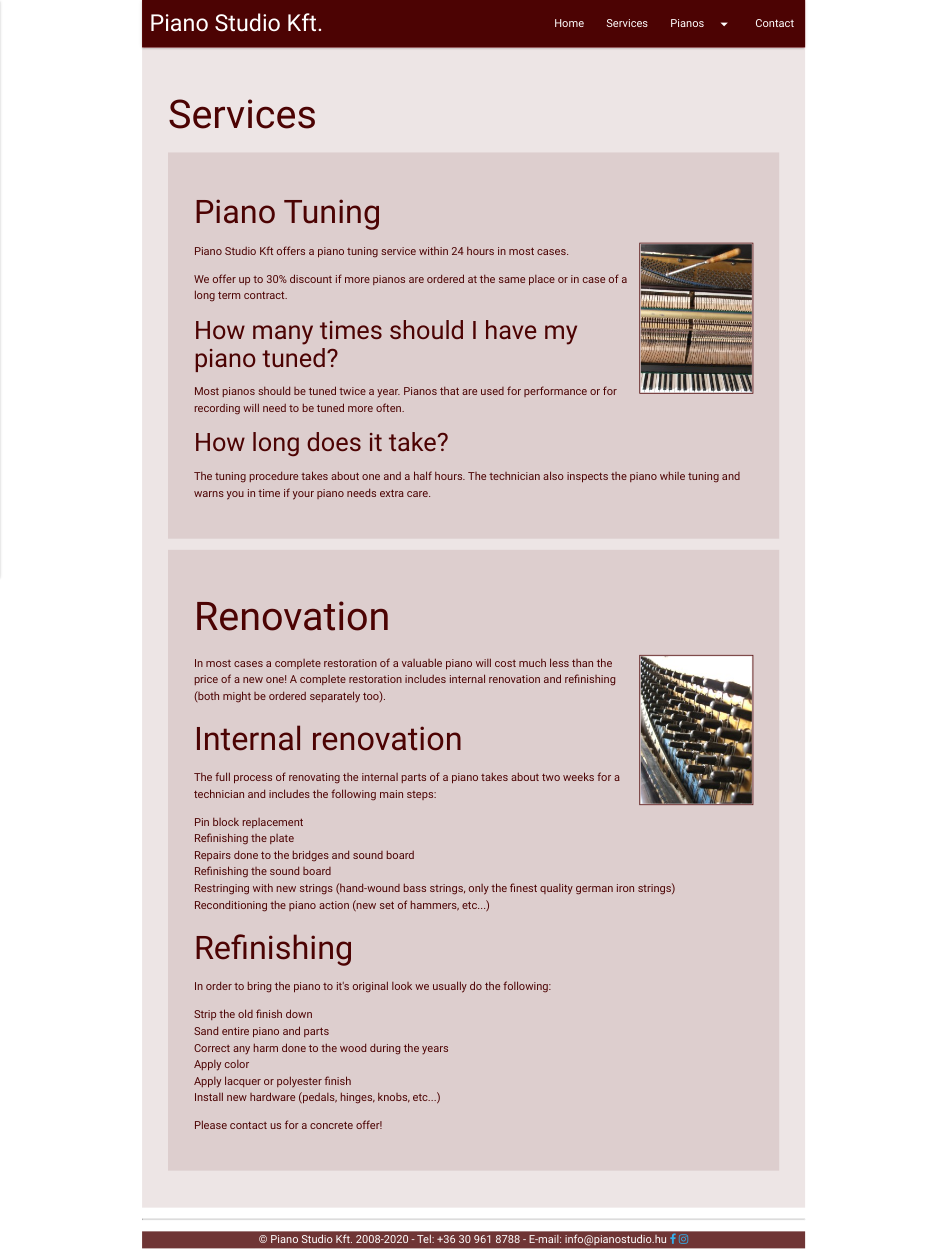
Repository: badiattila/pianostudioheroku
Page: http://localhost/services
The author's editor kept a record of every edit. The page is drawn from the files as they stood at one moment, then again after the next edit.
The browser window is 1280 px wide. The pictures show the whole page, at 74% of full size.
Some web libraries are served in a nearby version. The page is served by the project's application, run on Flask 3 (app.py).

Above is the page before.

### templates/services.html
{% extends 'base.html' %} {% block content %}

<!-- Services -->
<div class="op" id="services">
    <h2>Services</h2>
    <p></p>

    <div>
        <div class="op" id="tuning">
            <h3>Piano Tuning</h3>
            <img class="right-teaser" src="{{url_for('static', filename='pictures/hangolas.jpg')}}" alt="Piano Tuning" />
            <p>Piano Studio Kft offers a piano tuning service within 24 hours in most cases.</p>

            <p>We offer up to 30% discount if more pianos are ordered at the same place or in case of a long term contract.</p>

            <h4>How many times should I have my piano tuned?</h4>
            <p>Most pianos should be tuned twice a year. Pianos that are used for performance or for recording will need to be tuned more often.</p>

            <h4>How long does it take?</h4>
            <p>The tuning procedure takes about one and a half hours. The technician also inspects the piano while tuning and warns you in time if your piano needs extra care.</p>
        </div>
        <div class="op" id="renovation">
            <h2>Renovation</h2>
            <img class="right-teaser" src="{{url_for('static', filename='pictures/pins.jpg')}}" alt="Piano Pins" />
            <p>In most cases a complete restoration of a valuable piano will cost much less than the price of a new one! A complete restoration includes internal renovation and refinishing (both might be ordered separately too).</p>

            <h3>Internal renovation</h3>
            <p>The full process of renovating the internal parts of a piano takes about two weeks for a technician and includes the following main steps:</p>
            <ul>
                <li>Pin block replacement</li>
                <li>Refinishing the plate</li>
                <li>Repairs done to the bridges and sound board</li>
                <li>Refinishing the sound board</li>
                <li>Restringing with new strings (hand-wound bass strings, only the finest quality german iron strings)</li>
                <li>Reconditioning the piano action (new set of hammers, etc...)</li>
            </ul>
            <h3>Refinishing</h3>
            <p>In order to bring the piano to it's original look we usually do the following:</p>
            <ul>
                <li>Strip the old finish down</li>
                <li>Sand entire piano and parts</li>
                <li>Correct any harm done to the wood during the years</li>
                <li>Apply color</li>
                <li>Apply lacquer or polyester finish</li>
                <li>Install new hardware (pedals, hinges, knobs, etc...)</li>
            </ul>
            <p>Please contact us for a concrete offer!</p>
        </div>
    </div>
</div>
<hr> {% endblock %}

### templates/base.html
<!DOCTYPE html>

<html lang="en">

<head>

    <!-- Meta tags -->
    <meta charset="utf-8">
    <!-- Font awsome -->
    <link rel="stylesheet" href="https://maxcdn.bootstrapcdn.com/font-awesome/4.7.0/css/font-awesome.min.css" type="text/css" />
    <!-- Hover -->
    <link rel="stylesheet" href="https://cdnjs.cloudflare.com/ajax/libs/hover.css/2.1.1/css/hover-min.css" type="text/css" />
    <!-- Material icons by Google -->
    <link href="https://fonts.googleapis.com/icon?family=Material+Icons" rel="stylesheet">
    <!-- Compiled and minified materialize CSS -->
    <link rel="stylesheet" href="https://cdnjs.cloudflare.com/ajax/libs/materialize/0.100.2/css/materialize.min.css">
    <!-- Specific Css for this website -->
    <link rel="stylesheet" href="{{url_for('static', filename='css/style.css')}}" type="text/css" />

    <title>Piano Studio Kft. - Services - </title>
    <link href="{{url_for('static', filename='pictures/favicon.ico')}}" rel="shortcut icon" type="image/x-icon" />
    <meta name="description" content="Piano rental, tuning and repair - Piano Studio Kft." />
    <meta name="keywords" content="Piano rental,piano tuning,piano repair,piano studio" />
    <meta name="copyright" content="Piano Studio Kft." />
    <meta name="author" content="Attila Badi/Piano Studio Kft." />
    <meta name="email" content="info@pianostudio.hu" /> {% block head %} {% endblock %}


</head>

<body>
    <div class="container">
        <header>
            <ul id="dropdown2" class="dropdown-content">
                <li><a href="{{url_for('pianos_for_sale')}}">Sale</a></li>
                <li><a href="{{url_for('createadd')}}">Create Add</a></li>
            </ul>
            <nav>
                <div class="nav-wrapper redbg">
                    <a href="{{url_for('index')}}" class="brand-logo">Piano Studio Kft.</a>
                    <a href="#" data-activates="mobile-demo" class="button-collapse"><i class="material-icons">menu</i></a>
                    <ul id="nav-mobile" class="right hide-on-med-and-down">
                        <li><a href="{{url_for('index')}}">Home</a></li>
                        <li><a href="{{url_for('services')}}">Services</a></li>
                        <!-- Dropdown Trigger -->
                        <li><a class="dropdown-trigger" href="#!" data-target="dropdown2">Pianos<i class="material-icons right">arrow_drop_down</i></a></li>

                        <li><a href="{{url_for('contact')}}">Contact</a></li>
                    </ul>
                    <ul class="side-nav" id="mobile-demo">
                        <li><a href="{{url_for('index')}}">Home</a></li>
                        <li><a href="{{url_for('services')}}">Services</a></li>
                        <li><a href="{{url_for('pianos_for_sale')}}">Sale</a></li>
                        <li><a href="{{url_for('createadd')}}">Create Add</a></li>
                        <li><a href="{{url_for('contact')}}">Contact</a></li>
                    </ul>
                </div>
            </nav>

        </header>
        {% block content %} {% endblock %}

        <footer class="footer redbg">
            <p>&copy; Piano Studio Kft. 2008-2020 - Tel: +36 30 961 8788 - E-mail: info@pianostudio.hu
                <a target="_blank" href="https://www.facebook.com/zongoraterem"><i class="fa fa-facebook" aria-hidden="true"></i></a>
                <a target="_blank" href="https://www.instagram.com/pianostudiokft"><i class="fa fa-instagram" aria-hidden="true"></i></a>
            </p>
        </footer>
    </div>

    <script src="https://code.jquery.com/jquery-3.4.1.min.js" integrity="sha256-CSXorXvZcTkaix6Yvo6HppcZGetbYMGWSFlBw8HfCJo=" crossorigin="anonymous"></script>
    <script src="https://cdnjs.cloudflare.com/ajax/libs/materialize/0.100.2/js/materialize.min.js"></script>

    <script>
        $(document).ready(function() {
            $('.modal').modal();
            $('.dropdown-trigger').dropdown();
            $('.collapsible').collapsible();
            $('select').material_select();
            $('.button-collapse').sideNav();
        });
    </script>

</body>

</html>

### app.py
import os
from flask import Flask, render_template, redirect, request, url_for
from flask_pymongo import PyMongo
from bson.objectid import ObjectId
from flask_mail import Mail, Message

app = Flask(__name__)

app.config["MONGO_DBNAME"] = 'piano_studio'
app.config["MONGO_URI"] = 'mongodb://attilabadi:K00nK00n1234@mycodeinstitutecluster-shard-00-00-wpsfr.mongodb.net:27017,mycodeinstitutecluster-shard-00-01-wpsfr.mongodb.net:27017,mycodeinstitutecluster-shard-00-02-wpsfr.mongodb.net:27017/piano_studio?ssl=true&replicaSet=MyCodeInstituteCluster-shard-0&authSource=admin&retryWrites=true&w=majority'
mongo = PyMongo(app)

app.config.update(
	DEBUG=True,
	#EMAIL SETTINGS
	MAIL_SERVER='mail.pianostudio.hu',
	MAIL_PORT=465,
	MAIL_USE_SSL=True,
	MAIL_USERNAME = 'contact@pianostudio.hu',
	MAIL_PASSWORD = os.environ.get('SMTPPW')
	)
mail = Mail(app)

@app.route('/')
@app.route('/index')
def index():
        return render_template("index.html")

@app.route('/contact')
def contact():
        return render_template("contact.html")

@app.route('/services')
def services():
        return render_template("services.html")

@app.route('/pianos_for_sale')
def pianos_for_sale():
        return render_template("pianos_for_sale.html", pianos=mongo.db.pianos_4_sale.find(), images=mongo.db.pianos_4_sale.find())

@app.route('/createadd')
def createadd():
        return render_template("create_add.html")

@app.route('/insert_add', methods=['POST'])
def insert_add():
        file_id = mongo.save_file(request.files['picture'].filename, request.files['picture'])
        mongo.db.pianos_4_sale.insert({
            'brand': request.form.get('brand') ,
            'description' : request.form.get('description') ,
            'age' : request.form.get('age') ,
            'price' : request.form.get('price') ,
            'file_name' : request.files['picture'].filename})
        return redirect(url_for('pianos_for_sale'))

@app.route('/file/<file_name>')
def file(file_name):
    return mongo.send_file(file_name)

@app.route('/delete_piano/<piano_id>')
def delete_piano(piano_id):
    mongo.db.pianos_4_sale.remove({'_id': ObjectId(piano_id)})
    return redirect(url_for('pianos_for_sale'))

@app.route('/edit_piano/<piano_id>')
def edit_piano(piano_id):
    return render_template('edit_piano.html', piano=mongo.db.pianos_4_sale.find_one({"_id": ObjectId(piano_id)}))


@app.route('/update_piano/<piano_id>', methods=['POST'])
def update_piano(piano_id):
    file_id = mongo.save_file(request.files['picture'].filename, request.files['picture'])
    mongo.db.pianos_4_sale.update( {'_id': ObjectId(piano_id)},
    {
            'brand': request.form.get('brand') ,
            'description' : request.form.get('description') ,
            'age' : request.form.get('age') ,
            'price' : request.form.get('price') ,
            'file_name' : request.files['picture'].filename
    })
    return redirect(url_for('pianos_for_sale'))

@app.route('/send_mail/', methods=['POST'])
def send_mail():
	try:
		msg = Message("Contact form mail from pianostudio",
		  sender=request.form.get('user_email'),
		  recipients=["attila.badi@gmail.com"])
		msg.body = request.form.get('message')
		mail.send(msg)
		return 'Mail sent!'
	except:
		return "Something went wrong"

if __name__ == '__main__':
    app.run(host=os.environ.get('IP'),
        port=int(os.environ.get('PORT')),
        debug=True)

### static/css/style.css
.left {
  float: left;
}

.right {
  float: right;
}

/* Picture formatting for gallery and teaser pictures */

.right-teaser {
  padding: 1px;
  border: 1px solid #4c0303;
  float: right;
  margin: 0 0 1em 1em;
  width: 12vw;
}

.galery-pic {
  padding: 1px;
  border: 1px solid #4c0303;
  margin: 0 0 1em 1em;
  width: 12vw;
}

.btn_small {
  height: 24px;
  width: 60px;
  line-height: 24px;
  margin: 5px 5px;
  padding: 0 0.5em;
}

.btn_mid {
  height: 24px;
  width: 120px;
  line-height: 24px;
  margin: 5px 5px;
  padding: 0 0.5em;
}

.footer {
  color: white;
  opacity: 0.8;
  filter: alpha(opacity=80);
  text-align: center;
}

.redbg {
  background-color: #4c0303;
}

.nav-wrapper {
  padding-left: 10px;
}

/* Opacity classes for different elements */

.op {
  background: rgba(76, 3, 3, 0.1);
  /*background with 30% opacity */
  color: rgba(76, 3, 3);
  padding: 35px;
  margin-bottom: 15px;
}

.dropdown-content {
  width: max-content !important;
  height: auto !important;
}

/* ID based background behaviour */
#intro {
    background-attachment: scroll;
    background-image: url('../pictures/4k-wallpaper-close-up-fingers-1246437.jpg');
    background-position: center;
    background-size: cover;
    width: 100vw;
    background-repeat: no-repeat;
    position: relative;
}

After the next edit:
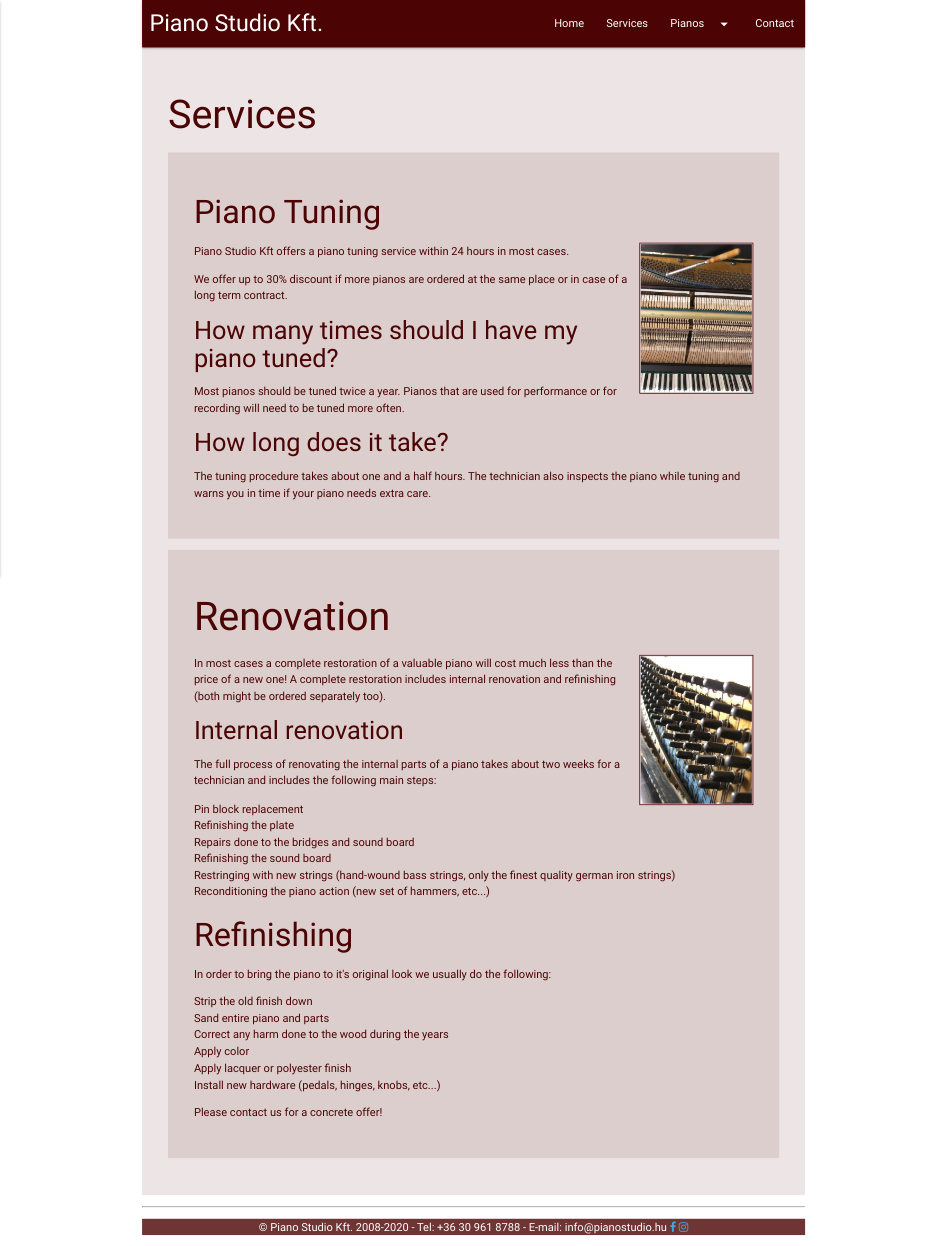
The edit:
--- a/templates/services.html
+++ b/templates/services.html
@@ -24,7 +24,7 @@
             <img class="right-teaser" src="{{url_for('static', filename='pictures/pins.jpg')}}" alt="Piano Pins" />
             <p>In most cases a complete restoration of a valuable piano will cost much less than the price of a new one! A complete restoration includes internal renovation and refinishing (both might be ordered separately too).</p>
 
-            <h3>Internal renovation</h3>
+            <h4>Internal renovation</h4>
             <p>The full process of renovating the internal parts of a piano takes about two weeks for a technician and includes the following main steps:</p>
             <ul>
                 <li>Pin block replacement</li>
